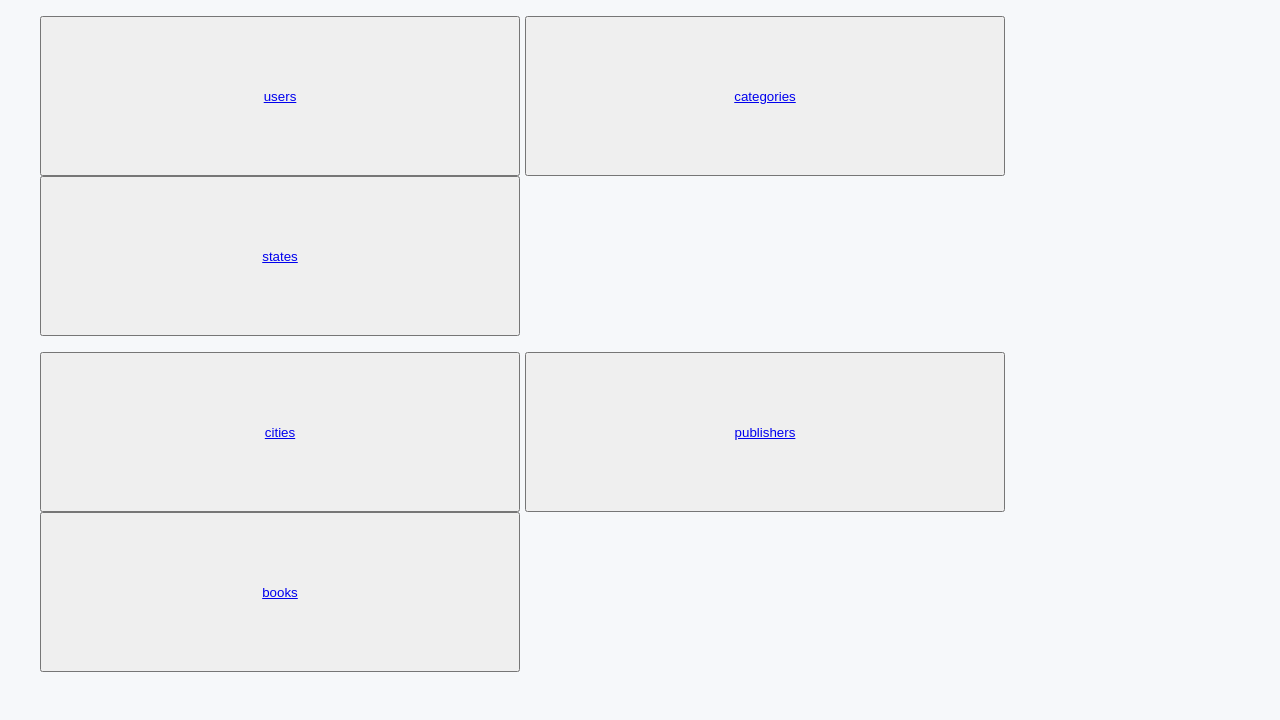
Repository: fontanive12/Biblioteca
Page: front/paginaInicial.html
An editor plug-in stored every save of this project. The page is shown before and after the next save, followed by the edit.
The browser window is 1280 px wide. The pictures show the whole page.

Above is the page before, as saved 2022-09-05 17:14:30.

After the next save:
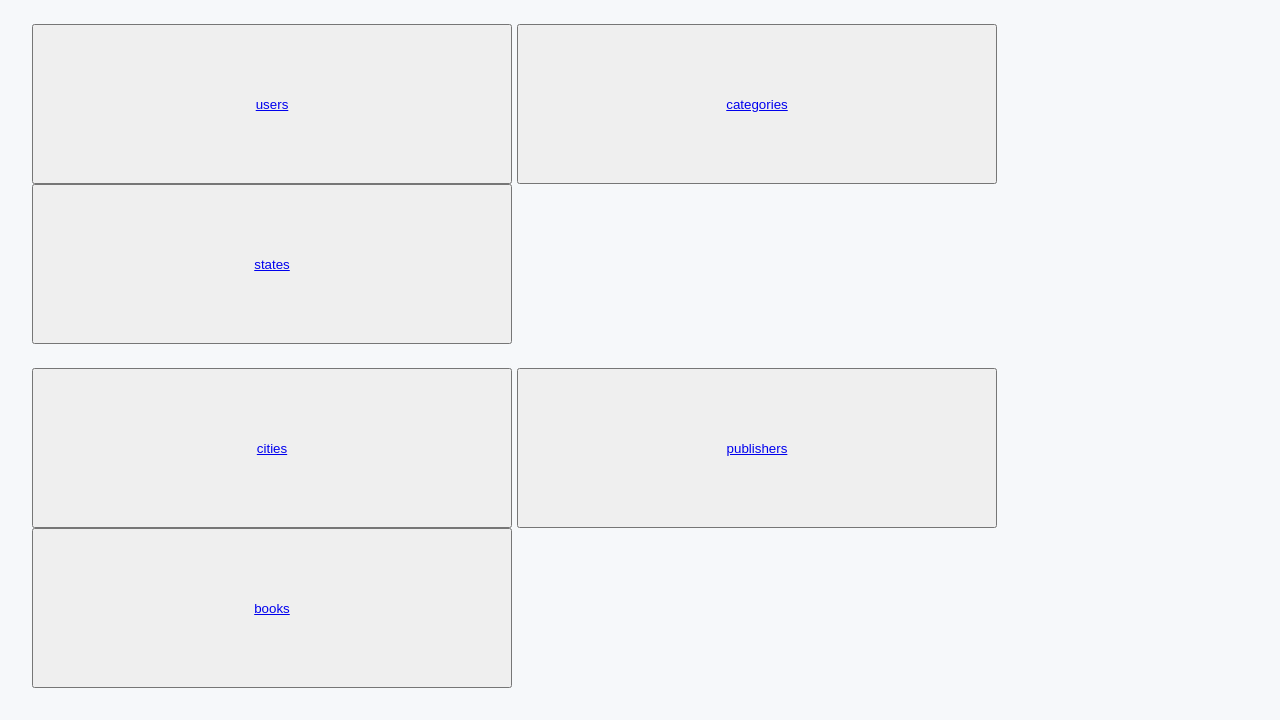
Saved 11 s later.
--- a/front/styles.css
+++ b/front/styles.css
@@ -13,7 +13,7 @@ td {
 
 .containerButtons {
   max-width: 100rem;
-  margin: 1rem 2rem 1rem 2rem;
+  margin: 1.5rem
 }
 
 .buttonMenu {
